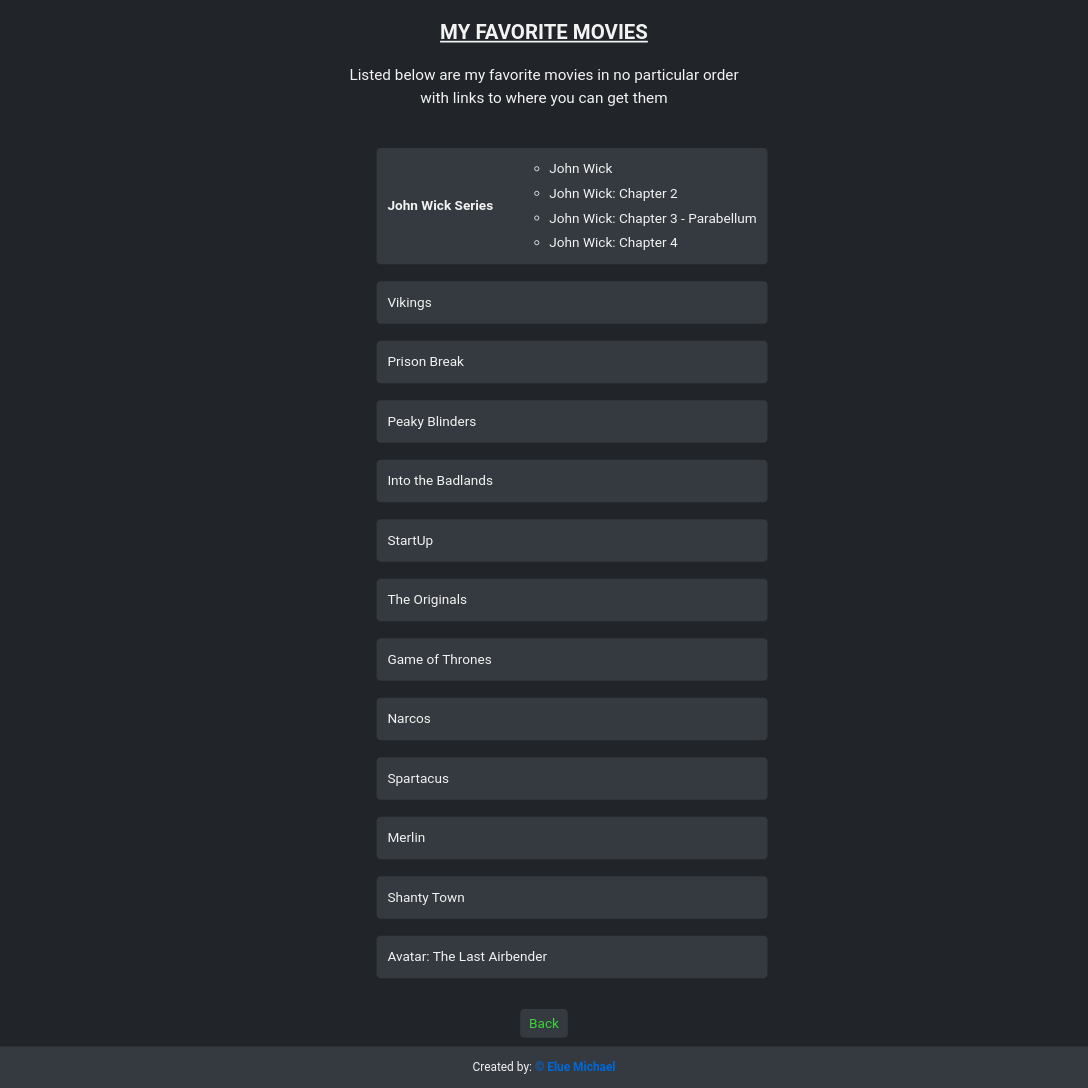
Repository: MikkyPrestige/html-website
Page: pages/movies.html
An editor plug-in stored every save of this project. The page is shown before and after the next save, followed by the edit.
The browser window is 1280 px wide. The pictures show the whole page, at 85% of full size.

Above is the page before, as saved 2023-04-29 14:08:34.

### pages/movies.html
<!DOCTYPE html>
<html lang="en">

<head>
  <meta charset="UTF-8">
  <meta http-equiv="X-UA-Compatible" content="IE=edge">
  <meta name="viewport" content="width=device-width, initial-scale=1.0">
  <title>Movies</title>
  <link rel="stylesheet" href="../index.css">
</head>

<body>
  <main class="main">
    <section class="section">
      <div class="fav">
        <h1 class="fav-heading"><u>My Favorite Movies</u></h1>
        <p class="fav-subheading">Listed below are my favorite movies in no particular order with links to where you can
          get them</p>
      </div>
      <ul class="movie-lists">
        <li class="movie-list"><strong>John Wick Series</strong>
          <ul class="list--lists">
            <li class="list-item">
              <a href="https://www.imdb.com/title/tt2911666/?ref_=fn_al_tt_2" target="_blank" class="movie-link">John
                Wick</a>
            </li>
            <li class="list-item">
              <a href="https://www.imdb.com/title/tt4425200/?ref_=fn_al_tt_3" target="_blank" class="movie-link">John
                Wick: Chapter 2</a>
            </li>
            <li class="list-item">
              <a href="https://www.imdb.com/title/tt6146586/?ref_=fn_al_tt_4" target="_blank" class="movie-link">John
                Wick: Chapter 3 -
                Parabellum</a>
            </li>
            <li class="list-item">
              <a href="https://www.imdb.com/title/tt10366206/?ref_=fn_al_tt_1" target="_blank" class="movie-link">John
                Wick: Chapter 4</a>
            </li>
          </ul>
        </li>
        <li class="movie-list">
          <a href="https://www.imdb.com/title/tt4620502/?ref_=ttpl_ov" target="_blank" class="movie-link">Vikings</a>
        </li>
        <li class="movie-list">
          <a href="https://www.imdb.com/title/tt0455275/?ref_=fn_al_tt_1" target="_blank" class="movie-link">Prison
            Break</a>
        </li>
        <li class="movie-list">
          <a href="https://www.imdb.com/title/tt2442560/?ref_=tt_sims_tt_i_1" target="_blank" class="movie-link">Peaky
            Blinders</a>
        </li>
        <li class="movie-list">
          <a href="https://www.imdb.com/title/tt3865236/?ref_=nv_sr_srsg_1_tt_7_nm_0_q_into%2520the%2520bad"
            target="_blank" class="movie-link">Into the Badlands</a>
        </li>
        <li class="movie-list">
          <a href="https://www.imdb.com/title/tt5028002/?ref_=fn_al_tt_1" target="_blank" class="movie-link">StartUp</a>
        </li>
        <li class="movie-list">
          <a href="https://www.imdb.com/title/tt2632424/?ref_=tt_mv_close" target="_blank" class="movie-link">The
            Originals</a>
        </li>
        <li class="movie-list">
          <a href="https://www.imdb.com/title/tt0944947/?ref_=tt_sims_tt_i_4" target="_blank" class="movie-link">Game of
            Thrones</a>
        </li>
        <li class="movie-list">
          <a href="https://www.imdb.com/title/tt2707408/" target="_blank" class="movie-link">Narcos</a>
        </li>
        <li class="movie-list">
          <a href="https://www.imdb.com/title/tt1442449/?ref_=nv_sr_srsg_0_tt_7_nm_1_q_Spartacus" target="_blank"
            class="movie-link">Spartacus</a>
        </li>
        <li class="movie-list">
          <a href="https://www.imdb.com/title/tt1199099/?ref_=nv_sr_srsg_0_tt_2_nm_6_q_Merlin" target="_blank"
            class="movie-link">Merlin</a>
        </li>
        <li class="movie-list">
          <a href="https://www.imdb.com/title/tt22099034/?ref_=nv_sr_srsg_0_tt_8_nm_0_q_shanty%2520town" target="_blank"
            class="movie-link">Shanty Town</a>
        </li>
        <li class="movie-list">
          <a href="https://www.imdb.com/title/tt0417299/?ref_=nv_sr_srsg_0_tt_7_nm_1_q_Avatar%2520the%2520last"
            target="_blank" class="movie-link">Avatar: The Last Airbender</a>
        </li>
      </ul>
      <div class="back">
        <a href="../index.html" class="back-link">Back</a>
      </div>
    </section>
    <footer class="footer">
      <p class="footer-text">Created by: <a href="#" target="_blank" class="footer-link">
          &copy; <strong>Elue Michael</strong>
        </a>
      </p>
    </footer>
  </main>
</body>

</html>

### index.css
body {
  background-color: #212529;
  font-family: 'Roboto', sans-serif;
  font-size: 16px;
  font-weight: 400;
  line-height: 1.5;
  color: #f3f3f3;
  text-align: left;
  margin: 0;
  padding: 0;
  width: 100%;
  height: 100vh;
}

.main {
  display: flex;
  flex-direction: column;
  justify-content: space-between;
  align-items: center;
  height: 100%;
}

.section {
  display: flex;
  flex-direction: column;
  justify-content: center;
  align-items: center;
  width: 100%;
}

.btn {
  background-color: #007bff;
  padding: 5px;
  border-radius: 5px;
  transition: all .15s ease-in-out;
  border: none;
  outline: none;
  margin: -20px 0 50px 0;
}

.btn:hover {
  background-color: #0069d9;
}

.btn-link {
  color: #f3f3f3;
  font-size: 14px;
  text-decoration: none;
  cursor: pointer;
}

.section1 {
  display: flex;
  flex-direction: column;
  justify-content: center;
  align-items: center;
}

.section1-header {
  font-size: 24px;
  font-weight: 700;
  margin-bottom: 5px;
  text-transform: uppercase;
}

.section1-content {
  display: flex;
  justify-content: space-around;
  align-items: center;
  width: 100%;
}

.section1-text {
  font-size: 18px;
  font-weight: 400;
}

.section1-link,
.section1-link:link,
.section1-link:visited {
  color: #0069d9;
  text-decoration: none;
  cursor: pointer;
}

.section1-link:hover {
  text-decoration: underline;
  color: #f3f3f3;
}

/* BOOKS CSS */
.fav {
  display: flex;
  flex-direction: column;
  justify-content: center;
  align-items: center;
}

.fav-heading {
  font-size: 24px;
  font-weight: 700;
  margin-bottom: 0px;
  text-transform: uppercase;
}

.fav-subheading {
  font-size: 18px;
  font-weight: 400;
  margin-bottom: 30px;
  width: 65%;
  text-align: center;
}

.books-lists {
  display: flex;
  flex-direction: column;
  justify-content: center;
  align-items: center;
  gap: 20px;
  list-style: none;
}

.books-item {
  width: 100%;
  max-width: 500px;
  padding: 13px;
  border-radius: 5px;
  background-color: #343a40;
}

.books-item:hover {
  background-color: #212529;
}

.books-link,
.books-link:link,
.books-link:visited {
  color: #f3f3f3;
  text-decoration: none;
  cursor: pointer;
}

.books-link:hover {
  text-decoration: underline;
}

.movie-lists {
  display: flex;
  flex-direction: column;
  justify-content: center;
  gap: 20px;
  list-style: none;
}

.movie-list {
  display: flex;
  justify-content: space-between;
  align-items: center;
  width: 100%;
  max-width: 500px;
  padding: 13px;
  border-radius: 5px;
  background-color: #343a40;
}

.movie-list:hover {
  background-color: #212529;
}

.list--lists {
  display: flex;
  flex-direction: column;
  justify-content: center;
  gap: 5px;
}

.movie-link {
  color: #f3f3f3;
  text-decoration: none;
  cursor: pointer;
}

.movie-link:hover {
  text-decoration: underline;
}








.back {
  margin: 20px 0 10px 0;
  padding: 5px 10px;
  border-radius: 5px;
  background-color: #343a40;
}

.back:hover {
  background-color: #212529;
}

.back-link {
  color: #3dd638;
  text-decoration: none;
  cursor: pointer;
}

.back-link:hover {
  text-decoration: underline;
}

.footer {
  display: flex;
  justify-content: center;
  align-items: center;
  width: 100%;
  height: 50px;
  background-color: #343a40;
}

.footer-text {
  font-size: 14px;
  font-weight: 400;
  color: #f3f3f3;
}

.footer-link {
  color: #0069d9;
  text-decoration: none;
  cursor: pointer;
}

After the next save:
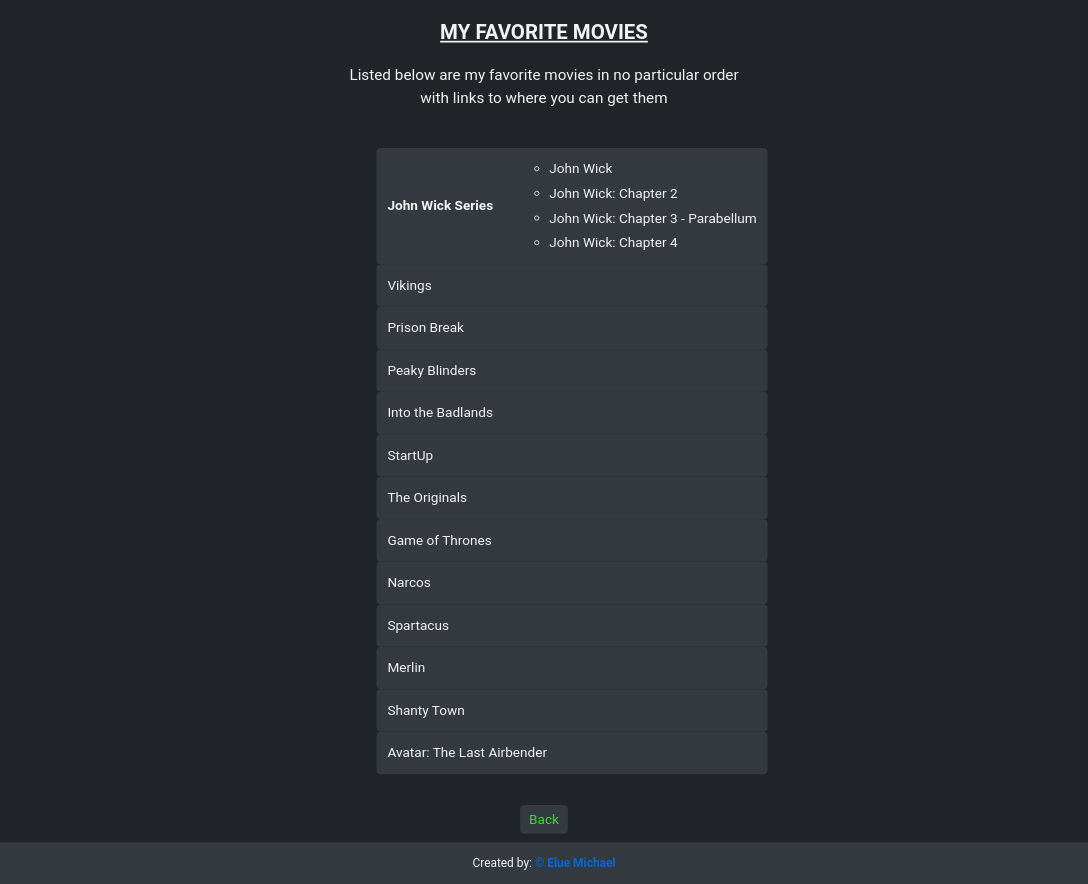
Saved 31 s later.
--- a/pages/movies.html
+++ b/pages/movies.html
@@ -17,7 +17,7 @@
         <p class="fav-subheading">Listed below are my favorite movies in no particular order with links to where you can
           get them</p>
       </div>
-      <ul class="movie-lists">
+      <ul class="lists">
         <li class="movie-list"><strong>John Wick Series</strong>
           <ul class="list--lists">
             <li class="list-item">

After the save that followed:
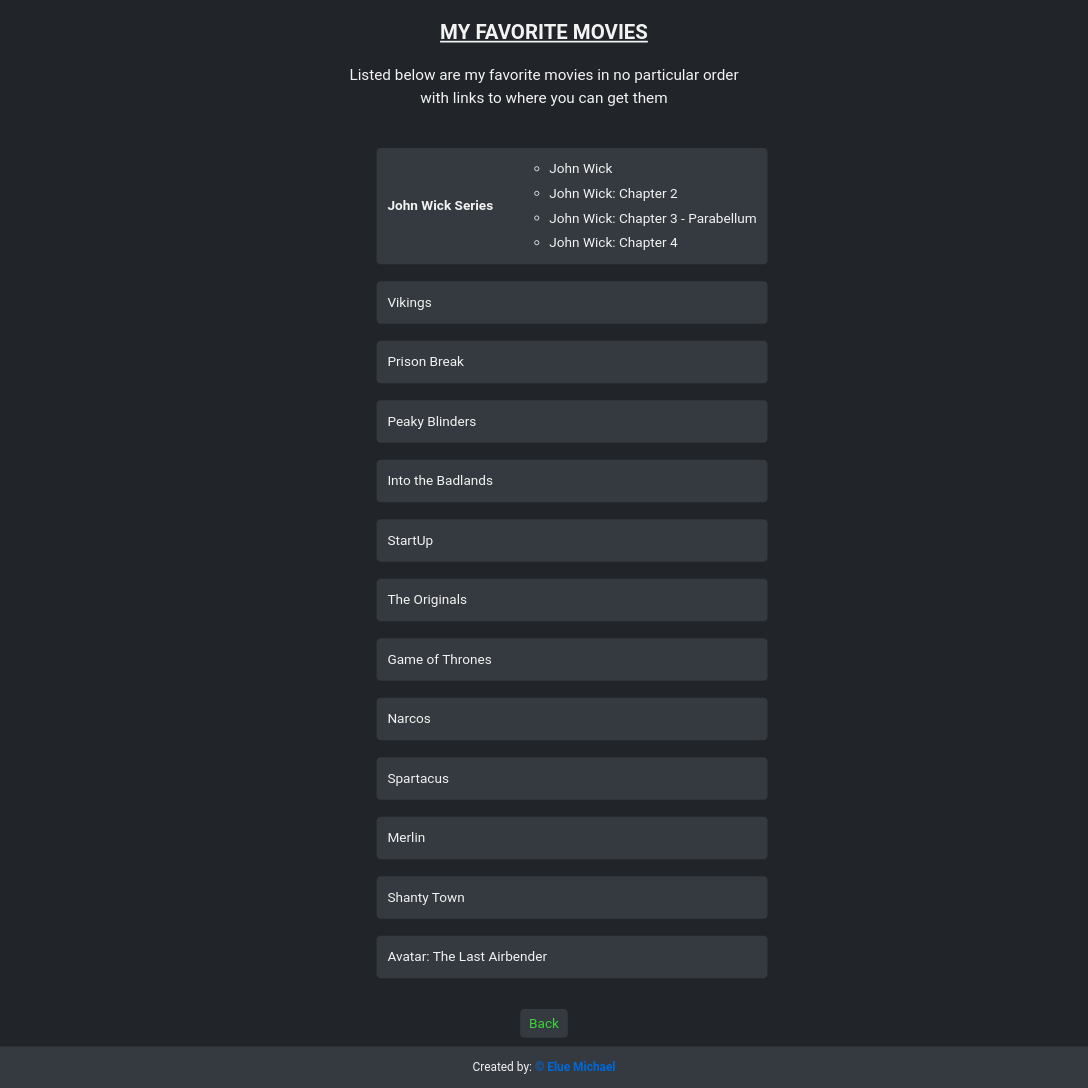
Saved 14 s later.
--- a/index.css
+++ b/index.css
@@ -144,7 +144,7 @@
   text-decoration: underline;
 }
 
-.movie-lists {
+.lists {
   display: flex;
   flex-direction: column;
   justify-content: center;
